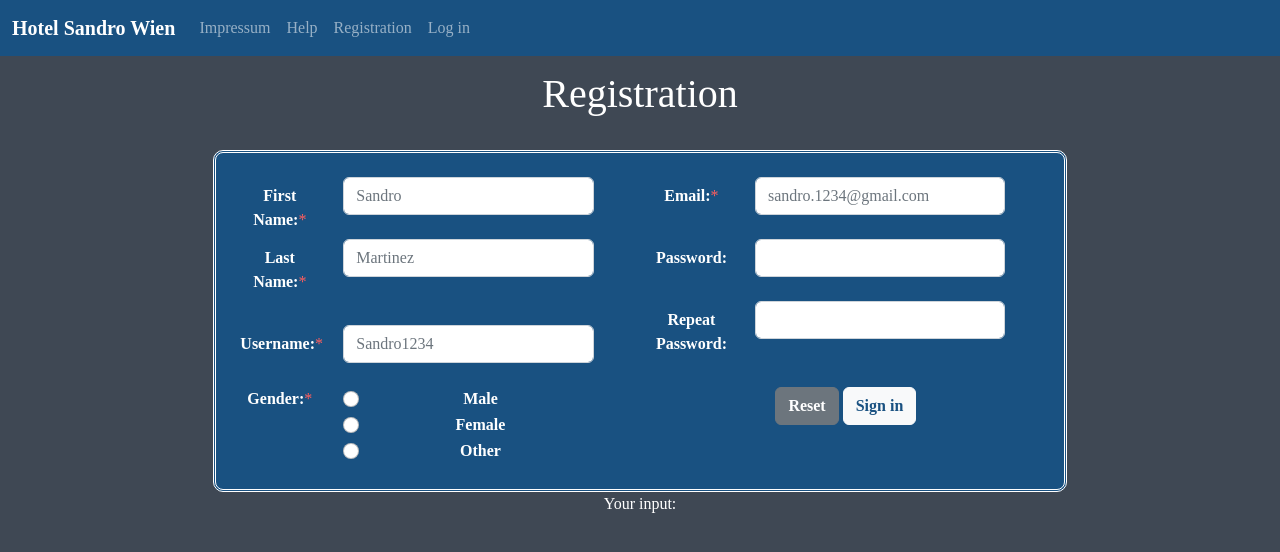
Repository: TIS0N/Hotel_Sandro
Page: http://localhost/pages/registration.php
These files come from the project's save history. The page is drawn as it stood at one moment and after the next save; the edit follows.
The browser window is 1280 px wide. The pictures show the whole page.
The page is run by PHP 8.4 with error messages shown; the project is at /var/www/html/.

Above is the page before, as saved 2022-10-12 12:41:18.

After the next save:
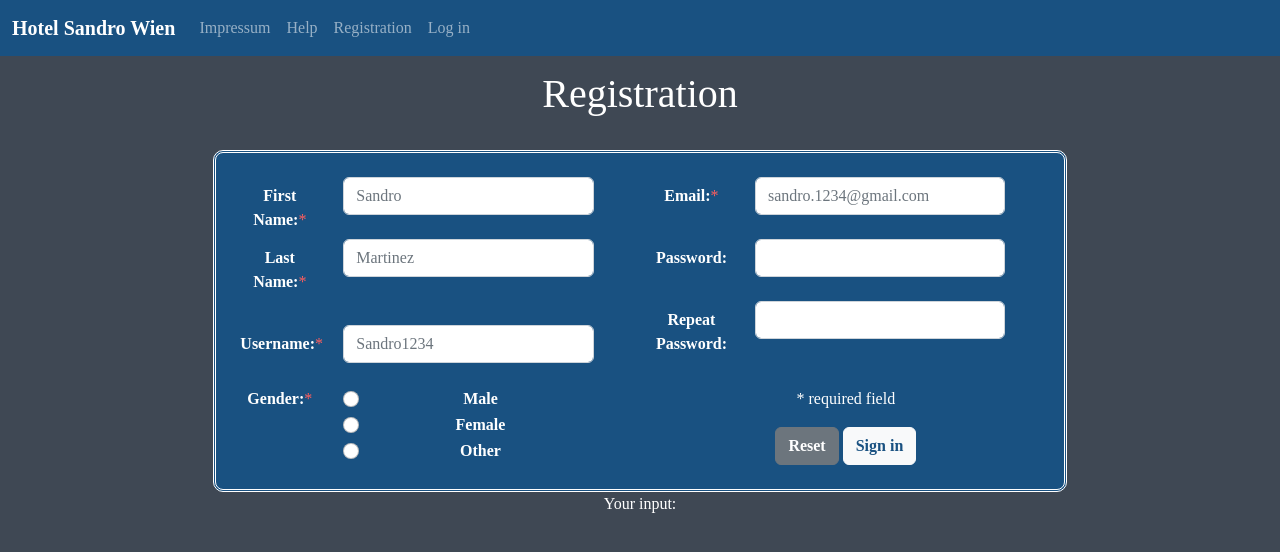
Saved 3 min 19 s later.
--- a/pages/registration.php
+++ b/pages/registration.php
@@ -138,6 +138,7 @@ include "../inc/navigation.php";
                                             <input type="password" class="form-control" id="password2">
                                         </div>
                                     </div>
+                                    <p><span class="error">* required field</span></p>
                                     <button type="reset" class="btn btn-secondary"><strong>Reset</strong></button>
                                     <button type="submit" class="btn btn-light" style="color: #195181;"><strong>Sign in</strong></button><br><br>
                                     </div>
